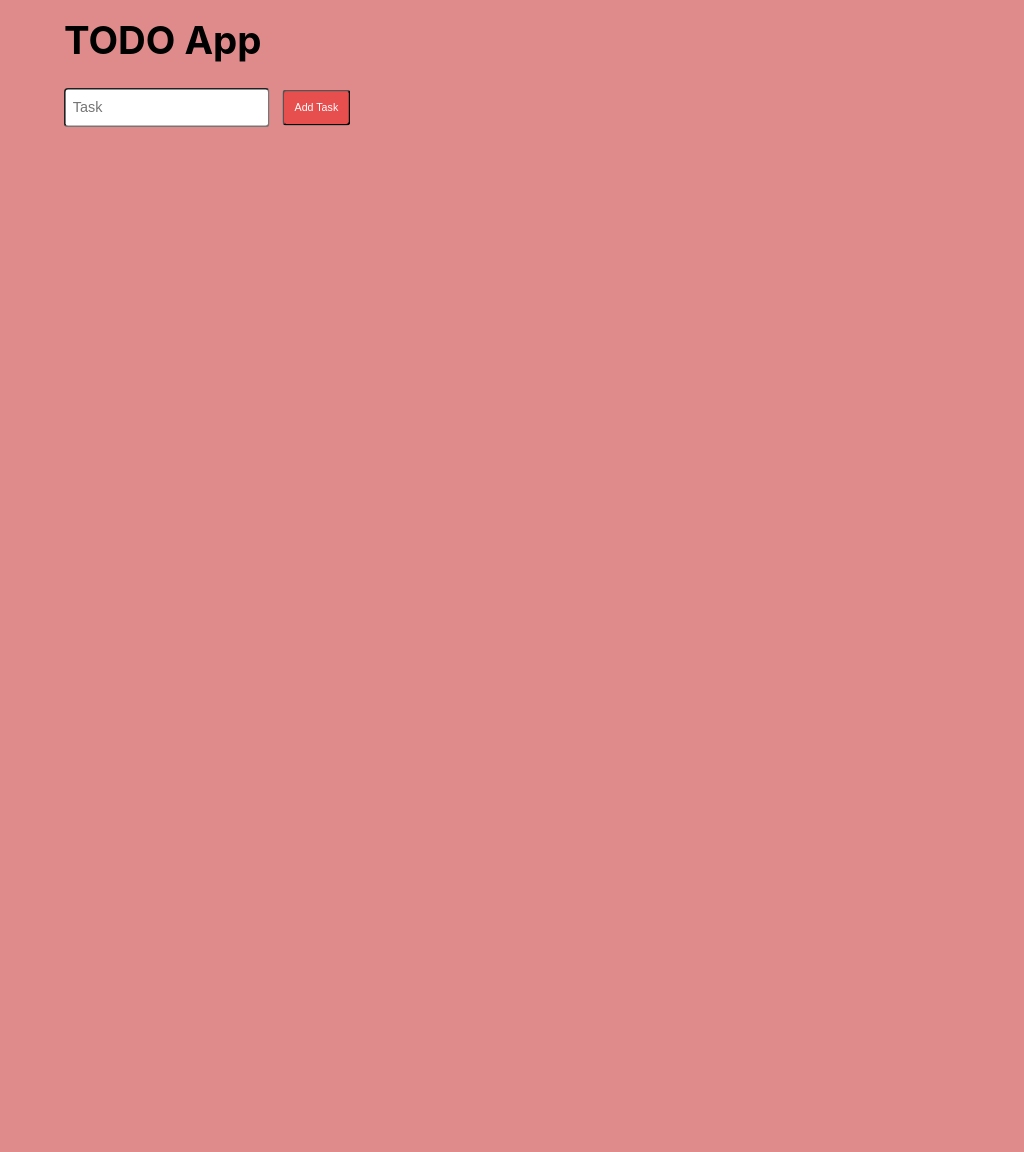
Repository: BhanuKaukuntla/TodoApp
Page: /
An editor plug-in stored every save of this project. The page is shown before and after the next save, followed by the edit.
The browser window is 1280 px wide. The pictures show the whole page, at 80% of full size.
The project was rebuilt for these pictures with package versions that can differ from the ones it lists, and the page was loaded fresh each time. Also part of the build but not shown: src/components/TodoItem/TodoItem.js.

Above is the page before, as saved 2021-12-04 10:02:39.

### src/index.js
import React from "react";
import ReactDOM from "react-dom";
import "./index.css";
import App from "./App";
import { Provider } from "react-redux";
import store from "./store";
import { PersistGate } from "redux-persist/integration/react";
import { persistor } from "./store";

ReactDOM.render(
  <React.StrictMode>
    <Provider store={store}>
      <PersistGate persistor={persistor}>
        <App />
      </PersistGate>
    </Provider>
  </React.StrictMode>,
  document.getElementById("root")
);

### src/index.css
*{
  margin: 0;
  padding: 0;
  /* font-family: "montserrat",sans-serif; */
  /* box-sizing: border-box; */
}

body {
  margin: 0;
  font-family: -apple-system, BlinkMacSystemFont, "Segoe UI", "Roboto", "Oxygen",
    "Ubuntu", "Cantarell", "Fira Sans", "Droid Sans", "Helvetica Neue",
    sans-serif;
  -webkit-font-smoothing: antialiased;
  -moz-osx-font-smoothing: grayscale;
}

/* code {
  font-family: source-code-pro, Menlo, Monaco, Consolas, "Courier New",
    monospace;
} */
.App {
  /* text-align: center; */
  height: 200vh;
  /* max-height: 100%; */
  /* background-color: #e77a7a; */
  background-color: #df8b8b;
  margin-top: 0%;
  /* position: fixed; */
  width: 100%;
}

.title{
  padding-top: 20px;
  margin-left: 5rem;
  font-size: xxx-large;
}

.todoInput{
  margin-top: 1rem;
  margin-left: 5rem;
  font-size: x-large;
  margin-bottom: 1rem;
  /* width: 5rem; */
}

.form{
  border-radius: 10px;
  font-size: large;
  padding: 15px;
  /* width: 9rem; */
  padding-left: 0;
}

.input{
  border-radius: 5px;
  font-size: large;
  padding: 9px;
  width: 14.7rem;
  height: 1.7rem;
}

.inputButton{
  margin-left: 1rem;
  padding: 13px;
  border-radius: 5px;
  color: white;
  /* background-color: #df6a6a; */
  background-color: #e74f4f;
  position: relative;
  bottom: 1.5px;
}

.todoList{
  /* align-items: center; */
  justify-content: space-between;
  display: flex;
  flex-direction: column;
  margin-bottom: 3rem;
}

.todoItem{
  /* padding: 5px;
  background-color: white;
  opacity: 0.8; */
  margin-right: 2rem;
  margin-left: 5rem;
  font-size: x-large;
  display: flex;
  align-items: center;
  justify-content: space-between;
  /* max-width: 20rem; */
  background-color: #ffffff;
  opacity: 0.5;
  margin-top: 1rem;
  border-radius: 5px;
  max-height: 3.4rem;
  /* max-width: 22.5rem; */
  padding: 2px;
  width: 21rem;
  height: 2.9rem;
  color: rgb(0, 0, 0);
  padding-left: 20px;
  font-weight: bold;
}

.editButton{
  /* margin-left: 1rem; */
  /* margin-right: 1px; */
  /* display: none; */
  /* border-radius: 1px; */
  display: inline-block;
  margin-left: auto;
  margin-right: 1rem;
  background-color: white;

}

.editTodo{
  /* align-items: center;
  margin-left: 1rem;
  margin-bottom: 0.5rem;
  margin-right: .5rem;
  padding: 3px; */
  padding: 9px;
  margin-left: 4rem;
  margin-right: auto;
}

.formItem{
  width: 10rem;
  padding: 11px;
  background-color: #fcd7d7;
}

.deleteButton{
  /* margin-left: 1rem; */
  margin-right: 8px;
  /* border-radius: 1px; */
  /* background-color: white;
  color: black; */
}

.icons{
  /* display: flex; */
  /* margin-left: 1rem; */
  /* justify-content: space-between; */
  display: flex-end;
}

### src/App.js
import AddTodo from "./components/AddTodo/AddTodo";
import TodoList from "./components/TodoList/TodoList";
import { useSelector } from "react-redux";
function App() {
  const taskobj = useSelector((state) => state.todos.data);
  return (
    <div className='App'>
      <h1 className="title">TODO App</h1>
      <AddTodo />
      <TodoList />
    </div>
  );
}

export default App;

### src/store.js
import { createStore } from "redux";
import rootReducer from "./reducers";
import { persistStore, persistReducer } from "redux-persist";
import storage from "redux-persist/lib/storage";

const persistConfig = {
  key: "root",
  storage,
};

const persistedReducer = persistReducer(persistConfig, rootReducer);

const store = createStore(
  persistedReducer,
  window.__REDUX_DEVTOOLS_EXTENSION__ && window.__REDUX_DEVTOOLS_EXTENSION__()
);

export const persistor = persistStore(store);

export default store;

### src/components/AddTodo/AddTodo.js
import React, { useState } from "react";
import { useDispatch } from "react-redux";
import { addTodo } from "../../actions";
import cuid from "cuid";

const AddTodo = () => {
  const [tasks, setTasks] = useState("");
  const dispatch = useDispatch();
  function handleInputChange(e) {
    setTasks(e.target.value);
    console.log(tasks);
  }
  function handleFormSubmit(e) {
    e.preventDefault();
    dispatch(addTodo({ task: tasks, id: cuid() }));
    e.target.userInput.value = "";
    console.log(tasks);
  }
  return (
    <div className="todoInput">
      <form className="form" onSubmit={handleFormSubmit}>
      <input
        className="input"
        placeholder="Task"
        type='text'
        name='userInput'
        onChange={(e) => handleInputChange(e)}
      />
      <button className="inputButton" type='submit'>Add Task</button>
     </form>
    </div>
  );
};

export default AddTodo;

### src/components/TodoList/TodoList.js
import React from "react";
import TodoItem from "../TodoItem/TodoItem";
import { useSelector } from "react-redux";

const TodoList = () => {
  const taskobj = useSelector((state) => state.todos.data);
  const taskItems = taskobj.map((task) => {
    return <TodoItem task={task} key={task.id} />;
  });

  return(
     <div className="todoList">
        {taskItems}
    </div>
    )
};

export default TodoList;

### src/reducers/index.js
import { combineReducers } from "redux";
import todos from "./todos";

const rootReducer = combineReducers({
  todos,
});
export default rootReducer;

### src/actions/index.js
import { ADD_TODO, DELETE_TODO, UPDATE_TODO } from "./types";

export const addTodo = (message) => ({
  type: ADD_TODO,
  message,
});

export const deleteTodo = (id) => ({
  type: DELETE_TODO,
  id,
});

export const updateTodo = ({ message, id }) => ({
  type: UPDATE_TODO,
  message,
  id,
});

### src/reducers/todos.js
const initialState = {
  data: [],
};

const todos = (state = initialState, action) => {
  switch (action.type) {
    case "ADD_TODO":
      return {
        ...state,
        data: [...state.data, action.message],
      };
    case "DELETE_TODO":
      return {
        ...state,
        data: [...state.data.filter((todo) => todo.id !== action.id)],
      };
    case "UPDATE_TODO":
      return {
        ...state,
        data: [
          ...state.data.filter((todo) => todo.id !== action.id),
          { task: action.message, id: action.id },
        ],
      };
    default:
      return state;
  }
};

export default todos;

### src/actions/types.js
export const ADD_TODO = "ADD_TODO";
export const DELETE_TODO = "DELETE_TODO";
export const UPDATE_TODO = "UPDATE_TODO";

Loaded but not shown: public/index.html (common file)

After the next save:
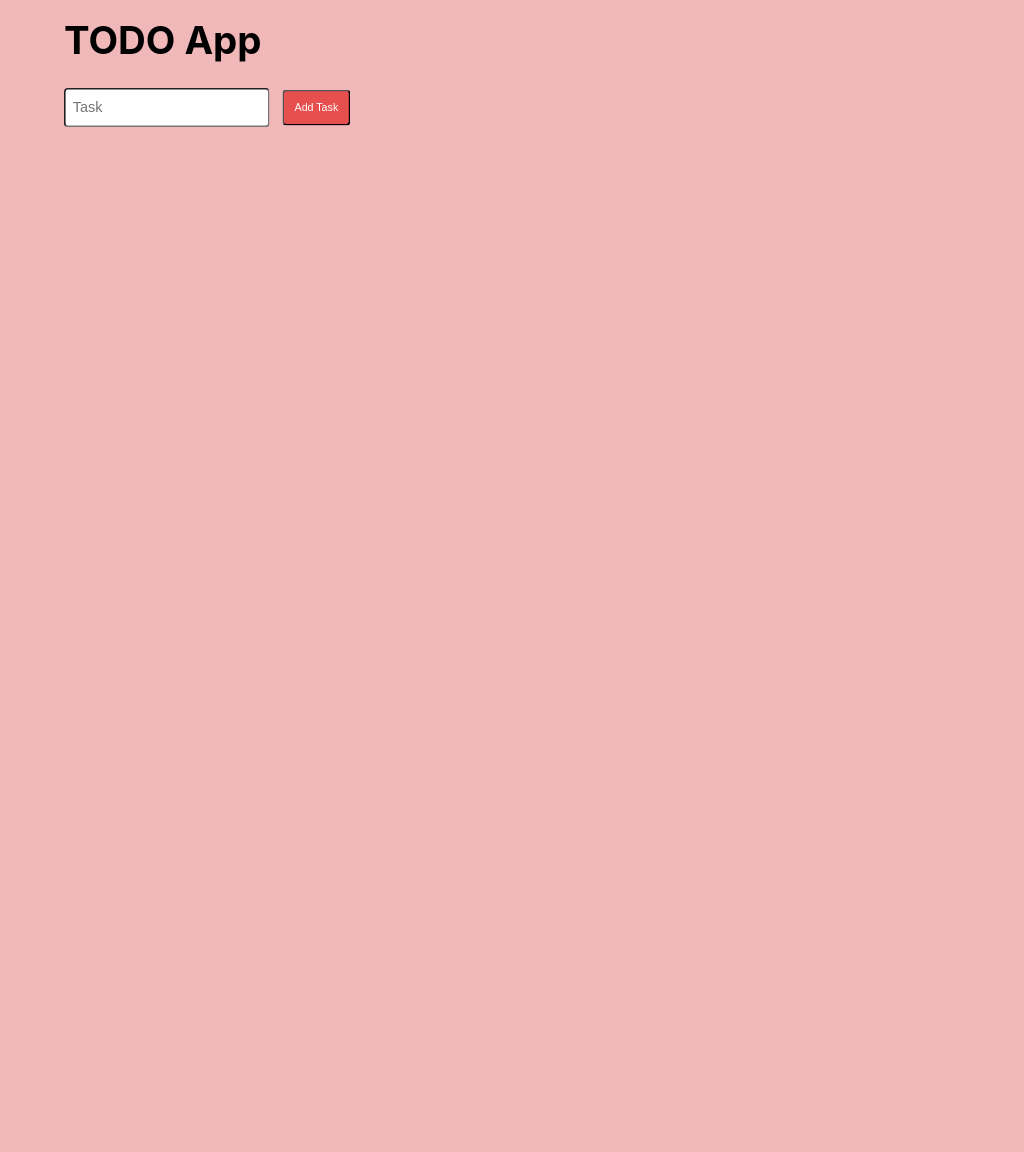
Saved 63 s later.
--- a/src/index.css
+++ b/src/index.css
@@ -23,7 +23,8 @@ body {
   height: 200vh;
   /* max-height: 100%; */
   /* background-color: #e77a7a; */
-  background-color: #df8b8b;
+  /* background-color: #df8b8b; */
+  background-color: #f0b8b8;
   margin-top: 0%;
   /* position: fixed; */
   width: 100%;
